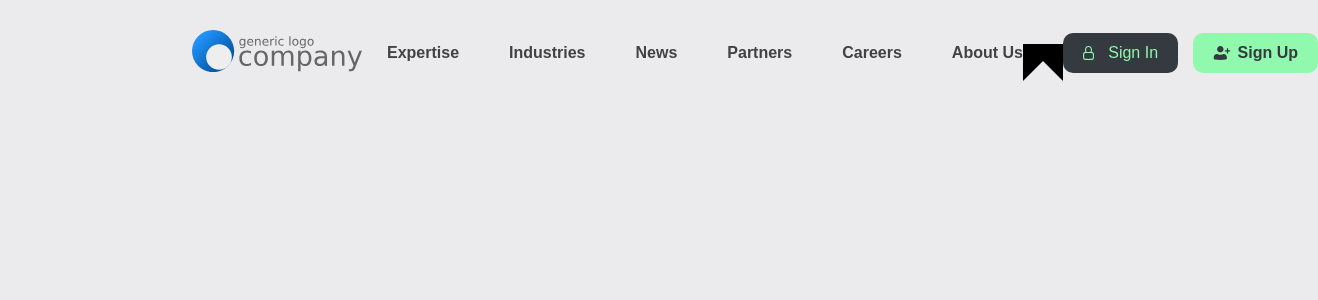
Repository: Andriy-Ma/widgetTask
Page: /
An editor plug-in stored every save of this project. The page is shown before and after the next save, followed by the edit.
The browser window is 1280 px wide. The page is 1318 px wide, then 1280 px, so the pictures cover 1318 px, including what lies to the right of the window. The pictures show the whole page.
Some web fonts or font styles are not loaded; a fallback is used. The project was rebuilt for these pictures with package versions that can differ from the ones it lists, and the page was loaded fresh each time.

Above is the page before, as saved 2022-08-29 17:42:42.

### public/index.html
<!DOCTYPE html>
<html lang="en">
  <head>
    <meta charset="utf-8" />
    <link rel="icon" href="%PUBLIC_URL%/favicon.ico" />
    <link rel="stylesheet" href="https://use.typekit.net/clw7fgu.css">
    <meta name="viewport" content="width=device-width, initial-scale=1" />
    <meta name="theme-color" content="#000000" />
    <meta
      name="description"
      content="Web site created using create-react-app"
    />
    <link rel="apple-touch-icon" href="%PUBLIC_URL%/logo192.png" />
    <!--
      manifest.json provides metadata used when your web app is installed on a
      user's mobile device or desktop. See https://developers.google.com/web/fundamentals/web-app-manifest/
    -->
    <link rel="manifest" href="%PUBLIC_URL%/manifest.json" />
    <!--
      Notice the use of %PUBLIC_URL% in the tags above.
      It will be replaced with the URL of the `public` folder during the build.
      Only files inside the `public` folder can be referenced from the HTML.

      Unlike "/favicon.ico" or "favicon.ico", "%PUBLIC_URL%/favicon.ico" will
      work correctly both with client-side routing and a non-root public URL.
      Learn how to configure a non-root public URL by running `npm run build`.
    -->
    <title>React App</title>
  </head>
  <body>
    <noscript>You need to enable JavaScript to run this app.</noscript>
    <div id="root"></div>
    <!--
      This HTML file is a template.
      If you open it directly in the browser, you will see an empty page.

      You can add webfonts, meta tags, or analytics to this file.
      The build step will place the bundled scripts into the <body> tag.

      To begin the development, run `npm start` or `yarn start`.
      To create a production bundle, use `npm run build` or `yarn build`.
    -->
  </body>
</html>

### src/index.css
* {
  box-sizing: border-box;
  margin: 0;
  padding: 0;
}
body {
  font-family: 'Poppins', sans-serif;
  background-color: #ebebed;
  -webkit-font-smoothing: antialiased;
  -moz-osx-font-smoothing: grayscale;
}

### src/App.js
import React from 'react';
import styles from './App.module.css';
import Header from './components/Header/header';

function App() {
  return (
    <div className={styles.container}>
      <Header/>
    </div>
  );
}

export default App;

### src/App.module.css
.container {
    display: block;
    align-items: center;
    justify-content: center;
    padding-left: 15%;
    padding-right: 15%;
}

### src/components/Header/header.jsx
import React from 'react';
import Icon from './logo-generic';
import {ReactComponent as Lock} from './lock.svg';
import {ReactComponent as SignUp} from './signup.svg';
import styles from './header.module.css';

function Header() {
  return (
    <div className={styles.header}>
        <div className={styles.logo}>
          <a href="#home">
            <Icon/>
          </a>
        </div>
        <div className={styles.middleOfHeader}>
          <a href="#expertise">Expertise</a>
          <a href="#industries">Industries</a>
          <a href="#news">News</a>
          <a href="#partners">Partners</a>
          <a href="#careers">Careers</a>
          <a href="#aboutus" className={styles.aboutUs}>About Us</a>
        </div>
        <div className={styles.buttonsHeader}>
          <div className={styles.signin}>
            <Lock/>
            <p>Sign In</p>
          </div>
          <div className={styles.signup}>
            <SignUp/>
            <p>Sign Up</p>
          </div>
        </div>
    </div>
  )
}

export default Header;

### src/components/Header/logo-generic.jsx
import React from "react";

function Icon() {
  return (
    <svg
      xmlns="http://www.w3.org/2000/svg"
      version="1.1"
      viewBox="0 0 1425.8 353.74"
    >
      <defs>
        <linearGradient
          id="linearGradient5311"
          x1="-467.57"
          x2="-469.87"
          y1="-68.973"
          y2="488.43"
          gradientUnits="userSpaceOnUse"
        >
          <stop offset="0" stopColor="#2294fe"></stop>
          <stop offset="1" stopColor="#014f96"></stop>
        </linearGradient>
      </defs>
      <g transform="translate(364.43 8.482)">
        <g>
          <g fill="#666" transform="translate(-14.426 -21.336)">
            <path d="M145.49 192.37v19.095c-5.773-3.182-11.583-5.55-17.43-7.105a64.331 64.331 0 00-17.541-2.443c-13.248 0-23.536 4.22-30.863 12.657-7.327 8.363-10.991 20.13-10.991 35.304 0 15.172 3.663 26.977 10.991 35.415 7.327 8.363 17.615 12.545 30.863 12.545 5.92 0 11.768-.778 17.541-2.332 5.847-1.628 11.657-4.033 17.43-7.216v18.873a83.693 83.693 0 01-17.763 5.995c-6.07 1.332-12.545 1.998-19.428 1.998-18.725 0-33.601-5.884-44.629-17.652s-16.542-27.643-16.542-47.627c0-20.279 5.55-36.229 16.653-47.849 11.176-11.62 26.459-17.43 45.85-17.43 6.29 0 12.434.666 18.429 1.999a81.647 81.647 0 0117.43 5.772"></path>
            <path d="M228.98 201.92c-10.954 0-19.613 4.293-25.978 12.878-6.365 8.511-9.548 20.205-9.548 35.082 0 14.876 3.146 26.607 9.437 35.193 6.365 8.511 15.061 12.767 26.089 12.767 10.88 0 19.502-4.293 25.867-12.878 6.365-8.585 9.547-20.279 9.547-35.082 0-14.728-3.182-26.385-9.547-34.971-6.365-8.66-14.987-12.989-25.867-12.989m0-17.319c17.763 0 31.714 5.773 41.854 17.319s15.209 27.532 15.209 47.96c0 20.353-5.07 36.34-15.209 47.96-10.14 11.546-24.091 17.319-41.854 17.319-17.837 0-31.825-5.773-41.965-17.319-10.066-11.62-15.098-27.606-15.098-47.96 0-20.427 5.033-36.414 15.098-47.96 10.14-11.546 24.128-17.319 41.965-17.319"></path>
            <path d="M416.6 211.46c5.107-9.177 11.213-15.949 18.318-20.316 7.105-4.367 15.468-6.55 25.09-6.55 12.952 0 22.943 4.552 29.975 13.655 7.03 9.03 10.546 21.908 10.547 38.634v75.048h-20.538v-74.382c0-11.916-2.11-20.76-6.328-26.533-4.219-5.773-10.658-8.66-19.317-8.66-10.584 0-18.947 3.516-25.09 10.548-6.143 7.03-9.215 16.616-9.214 28.754v70.274h-20.538V237.55c0-11.99-2.11-20.834-6.328-26.533-4.22-5.773-10.732-8.66-19.54-8.66-10.435 0-18.724 3.553-24.867 10.658-6.143 7.031-9.215 16.58-9.215 28.643v70.274h-20.538v-124.34h20.538v19.317c4.663-7.623 10.251-13.248 16.764-16.875 6.513-3.626 14.247-5.44 23.203-5.44 9.03 0 16.69 2.295 22.981 6.883 6.365 4.59 11.065 11.25 14.099 19.983"></path>
            <path d="M560.7 293.28v65.945h-20.538v-171.63H560.7v18.873c4.293-7.401 9.695-12.878 16.209-16.431 6.587-3.627 14.432-5.44 23.536-5.44 15.098 0 27.347 5.995 36.747 17.985 9.473 11.99 14.21 27.755 14.21 47.294 0 19.54-4.737 35.304-14.21 47.294-9.4 11.99-21.649 17.985-36.747 17.985-9.104 0-16.949-1.776-23.536-5.329-6.513-3.626-11.916-9.14-16.209-16.542m69.497-43.408c0-15.024-3.109-26.792-9.326-35.304-6.143-8.585-14.617-12.878-25.423-12.878-10.806 0-19.317 4.293-25.534 12.878-6.143 8.512-9.214 20.28-9.214 35.304 0 15.024 3.071 26.83 9.214 35.415 6.217 8.512 14.728 12.767 25.534 12.767s19.28-4.255 25.423-12.767c6.217-8.585 9.326-20.39 9.326-35.415"></path>
            <path d="M741.77 249.43c-16.505 0-27.94 1.887-34.304 5.662-6.365 3.775-9.548 10.214-9.547 19.317 0 7.253 2.368 13.026 7.105 17.319 4.81 4.219 11.324 6.328 19.539 6.328 11.324 0 20.39-3.997 27.199-11.99 6.883-8.067 10.325-18.762 10.325-32.084v-4.552H741.77m40.744-8.437v70.94h-20.427V293.06c-4.663 7.549-10.473 13.137-17.43 16.764-6.958 3.552-15.47 5.329-25.534 5.329-12.73 0-22.87-3.553-30.42-10.658-7.475-7.18-11.212-16.764-11.212-28.754 0-13.988 4.662-24.535 13.988-31.64 9.4-7.106 23.388-10.658 41.965-10.658h28.643v-1.999c0-9.4-3.109-16.653-9.326-21.759-6.143-5.18-14.802-7.77-25.978-7.77-7.105 0-14.025.85-20.76 2.552-6.735 1.703-13.21 4.256-19.428 7.66v-18.872c7.475-2.887 14.728-5.033 21.76-6.44 7.03-1.48 13.876-2.22 20.537-2.22 17.985 0 31.418 4.663 40.3 13.988 8.88 9.326 13.321 23.462 13.321 42.41"></path>
            <path d="M928.5 236.89v75.048h-20.427v-74.382c0-11.768-2.295-20.575-6.883-26.422-4.589-5.847-11.472-8.77-20.65-8.77-11.027 0-19.723 3.515-26.088 10.547-6.365 7.03-9.548 16.616-9.548 28.754v70.274h-20.538v-124.34h20.538v19.317c4.885-7.476 10.621-13.063 17.208-16.764 6.661-3.7 14.321-5.551 22.981-5.551 14.284 0 25.09 4.44 32.417 13.322 7.327 8.807 10.991 21.797 10.991 38.967"></path>
            <path d="M1021.2 323.48c-5.773 14.802-11.398 24.461-16.875 28.976-5.477 4.515-12.804 6.772-21.981 6.772h-16.32v-17.097h11.99c5.625 0 9.992-1.332 13.1-3.996s6.55-8.956 10.325-18.873l3.664-9.326-50.291-122.34h21.648l38.856 97.252 38.856-97.252h21.648l-54.621 135.89"></path>
          </g>
          <g fill="#666" transform="translate(-416.34 -21.336)">
            <path d="M489.95 115.06c0-6.675-1.385-11.848-4.155-15.519-2.737-3.671-6.592-5.507-11.564-5.507-4.94 0-8.794 1.836-11.564 5.507-2.737 3.671-4.105 8.844-4.105 15.519 0 6.642 1.368 11.798 4.105 15.469 2.77 3.671 6.625 5.507 11.564 5.507 4.973 0 8.827-1.836 11.564-5.507 2.77-3.671 4.155-8.828 4.155-15.469m9.211 21.727c0 9.545-2.119 16.637-6.357 21.276-4.24 4.672-10.73 7.009-19.474 7.009-3.238 0-6.292-.25-9.162-.751a44.69 44.69 0 01-8.36-2.203v-8.961c2.703 1.468 5.373 2.553 8.01 3.254 2.636.7 5.323 1.051 8.06 1.051 6.04 0 10.563-1.585 13.567-4.756 3.004-3.137 4.505-7.893 4.505-14.268v-4.555c-1.902 3.304-4.338 5.774-7.309 7.409-2.97 1.635-6.524 2.453-10.663 2.453-6.875 0-12.415-2.62-16.62-7.86-4.206-5.24-6.308-12.182-6.308-20.826 0-8.677 2.102-15.636 6.307-20.876 4.206-5.24 9.746-7.86 16.621-7.86 4.139 0 7.693.818 10.663 2.454 2.97 1.635 5.407 4.105 7.31 7.409v-8.51h9.21v49.11"></path>
            <path d="M566.09 113.41v4.506h-42.352c.4 6.34 2.303 11.18 5.707 14.518 3.438 3.304 8.21 4.956 14.318 4.956 3.538 0 6.959-.434 10.263-1.302 3.337-.868 6.642-2.17 9.912-3.905v8.711a55.24 55.24 0 01-10.163 3.204 50.9 50.9 0 01-10.563 1.102c-8.944 0-16.037-2.604-21.276-7.81-5.206-5.207-7.81-12.248-7.81-21.126 0-9.178 2.47-16.454 7.41-21.827 4.973-5.407 11.664-8.11 20.075-8.11 7.542 0 13.5 2.436 17.872 7.309 4.405 4.84 6.608 11.43 6.608 19.774m-9.211-2.703c-.067-5.04-1.486-9.062-4.256-12.065-2.736-3.004-6.374-4.506-10.914-4.506-5.14 0-9.261 1.452-12.365 4.355-3.07 2.904-4.839 6.992-5.306 12.265l32.84-.05"></path>
            <path d="M627.62 109.9v33.842h-9.211v-33.541c0-5.306-1.035-9.278-3.104-11.915-2.07-2.636-5.173-3.955-9.312-3.955-4.973 0-8.894 1.585-11.765 4.756-2.87 3.17-4.305 7.493-4.305 12.966v31.689h-9.261V87.673h9.261v8.71c2.203-3.37 4.79-5.89 7.76-7.558 3.003-1.67 6.458-2.503 10.363-2.504 6.44 0 11.314 2.003 14.618 6.008 3.304 3.971 4.956 9.829 4.956 17.572"></path>
            <path d="M694.05 113.41v4.506h-42.352c.4 6.34 2.303 11.18 5.707 14.518 3.438 3.304 8.21 4.956 14.318 4.956 3.538 0 6.959-.434 10.263-1.302 3.337-.868 6.642-2.17 9.912-3.905v8.711a55.24 55.24 0 01-10.163 3.204 50.9 50.9 0 01-10.563 1.102c-8.944 0-16.037-2.604-21.276-7.81-5.206-5.207-7.81-12.248-7.81-21.126 0-9.178 2.47-16.454 7.41-21.827 4.973-5.407 11.664-8.11 20.075-8.11 7.543 0 13.5 2.436 17.872 7.309 4.405 4.84 6.608 11.43 6.608 19.774m-9.211-2.703c-.067-5.04-1.486-9.062-4.256-12.065-2.736-3.004-6.374-4.506-10.913-4.506-5.14 0-9.261 1.452-12.365 4.355-3.07 2.904-4.839 6.992-5.306 12.265l32.84-.05"></path>
            <path d="M741.46 96.286a11.624 11.624 0 00-3.404-1.302c-1.202-.3-2.537-.45-4.005-.45-5.207 0-9.212 1.702-12.015 5.106-2.77 3.371-4.155 8.227-4.155 14.568v29.537h-9.262V87.676h9.262v8.71c1.935-3.403 4.455-5.923 7.56-7.558 3.103-1.67 6.874-2.503 11.313-2.503.634 0 1.335.05 2.103.15.767.067 1.618.183 2.553.35l.05 9.462"></path>
            <path d="M751.22 87.676h9.211v56.069h-9.211V87.676m0-21.827h9.211v11.664h-9.211V65.849"></path>
            <path d="M820.01 89.828v8.61c-2.603-1.434-5.223-2.502-7.86-3.203a29.012 29.012 0 00-7.91-1.102c-5.974 0-10.613 1.903-13.917 5.707-3.304 3.772-4.956 9.078-4.956 15.92 0 6.842 1.652 12.165 4.957 15.97 3.304 3.772 7.943 5.657 13.917 5.657 2.67 0 5.306-.35 7.91-1.051 2.636-.734 5.256-1.819 7.859-3.254v8.51a37.736 37.736 0 01-8.01 2.704c-2.737.6-5.657.9-8.76.9-8.445 0-15.153-2.652-20.126-7.959-4.973-5.306-7.459-12.465-7.459-21.477 0-9.144 2.503-16.337 7.51-21.577 5.039-5.24 11.93-7.86 20.675-7.86 2.837 0 5.607.3 8.31.902a36.82 36.82 0 017.86 2.603"></path>
            <path d="M868.57 65.849h9.211v77.896h-9.211V65.849"></path>
            <path d="M918.73 94.134c-4.94 0-8.844 1.936-11.714 5.807-2.87 3.838-4.305 9.111-4.305 15.82s1.418 11.998 4.255 15.87c2.87 3.838 6.792 5.757 11.765 5.757 4.906 0 8.794-1.935 11.664-5.807 2.87-3.871 4.305-9.144 4.305-15.82 0-6.641-1.435-11.898-4.305-15.769-2.87-3.905-6.758-5.857-11.664-5.857m0-7.81c8.01 0 14.301 2.604 18.873 7.81 4.572 5.206 6.858 12.415 6.859 21.627 0 9.178-2.287 16.387-6.859 21.627-4.572 5.206-10.863 7.81-18.873 7.81-8.043 0-14.351-2.604-18.923-7.81-4.539-5.24-6.808-12.45-6.808-21.627 0-9.211 2.27-16.42 6.808-21.627 4.572-5.206 10.88-7.81 18.923-7.81"></path>
            <path d="M996.58 115.06c0-6.675-1.385-11.848-4.155-15.519-2.737-3.671-6.592-5.507-11.564-5.507-4.94 0-8.794 1.836-11.564 5.507-2.737 3.671-4.105 8.844-4.105 15.519 0 6.642 1.368 11.798 4.105 15.469 2.77 3.671 6.625 5.507 11.564 5.507 4.973 0 8.828-1.836 11.564-5.507 2.77-3.671 4.155-8.828 4.155-15.469m9.211 21.727c0 9.545-2.119 16.637-6.357 21.276-4.24 4.672-10.73 7.009-19.474 7.009-3.238 0-6.292-.25-9.162-.751a44.69 44.69 0 01-8.36-2.203v-8.961c2.703 1.468 5.373 2.553 8.01 3.254 2.636.7 5.323 1.051 8.06 1.051 6.04 0 10.563-1.585 13.567-4.756 3.003-3.137 4.505-7.893 4.505-14.268v-4.555c-1.902 3.304-4.338 5.774-7.309 7.409-2.97 1.635-6.524 2.453-10.663 2.453-6.875 0-12.415-2.62-16.62-7.86-4.206-5.24-6.308-12.182-6.308-20.826 0-8.677 2.102-15.636 6.307-20.876 4.206-5.24 9.746-7.86 16.621-7.86 4.139 0 7.693.818 10.663 2.454 2.97 1.635 5.407 4.105 7.31 7.409v-8.51h9.21v49.11"></path>
            <path d="M1046.5 94.134c-4.94 0-8.844 1.936-11.714 5.807-2.87 3.838-4.305 9.111-4.305 15.82s1.418 11.998 4.255 15.87c2.87 3.838 6.792 5.757 11.765 5.757 4.906 0 8.794-1.935 11.664-5.807 2.87-3.871 4.305-9.144 4.305-15.82 0-6.641-1.435-11.898-4.305-15.769-2.87-3.905-6.758-5.857-11.664-5.857m0-7.81c8.01 0 14.3 2.604 18.873 7.81 4.572 5.206 6.858 12.415 6.858 21.627 0 9.178-2.286 16.387-6.858 21.627-4.572 5.206-10.864 7.81-18.873 7.81-8.043 0-14.351-2.604-18.924-7.81-4.539-5.24-6.808-12.45-6.808-21.627 0-9.211 2.269-16.42 6.808-21.627 4.572-5.206 10.88-7.81 18.924-7.81"></path>
          </g>
          <g transform="rotate(-45 269.773 885.347) scale(.61927)">
            <path
              fill="url(#linearGradient5311)"
              d="M-184.26 202.82c0 157.74-127.87 285.61-285.61 285.61s-285.61-127.87-285.61-285.61S-627.61-82.79-469.87-82.79s285.61 127.87 285.61 285.61z"
              transform="translate(1202 -114.01)"
            ></path>
            <path
              fill="#eee"
              d="M-184.26 202.82c0 157.74-127.87 285.61-285.61 285.61s-285.61-127.87-285.61-285.61S-627.61-82.79-469.87-82.79s285.61 127.87 285.61 285.61z"
              transform="translate(1018.2 79.03) scale(.60887)"
            ></path>
          </g>
        </g>
      </g>
    </svg>
  );
}

export default Icon;

### src/components/Header/header.module.css
.logo {
    display: block;
    min-width: 170px;
}
.header {
    display: flex;
    justify-content: space-between;
    align-items: center;
    padding-top: 30px;
    min-width: 1000px;
}
.middleOfHeader {
    display: flex;
    justify-content: space-between;
    align-items: center;
    text-decoration: none;
}
.middleOfHeader a {
    display: block;
    color: #424242;
    text-align: center;
    padding: 0px 25px;
    text-decoration: none;
    font-size: 16px;
    font-weight: 600;
}
.aboutUs::after{
    content: '';
    border-left: 20px solid #000;
    border-right: 20px solid #000;
    border-bottom: 20px solid transparent;
}
.buttonsHeader {
    display: flex;
    justify-content: space-between;
    align-items: center;
}
.buttonsHeader:hover {
    cursor: pointer;
}
.signin {
    display: flex;
    justify-content: space-between;
    align-items: center;
    color: #90F9AD;
    background-color: #343A40;
    font-weight: 500;
    padding: 0px 20px;
    border-radius: 10px;
    width: 115px;
    height: 40px;
    margin-right: 15px;
}
.signup {
    display: flex;
    justify-content: space-between;
    align-items: center;
    color: #343A40;
    background-color: #90F9AD;
    font-weight: 600;
    padding: 0px 20px;
    border-radius: 10px;
    width: 125px;
    height: 40px;
}

Loaded but not shown: src/index.js (common file)

After the next save:
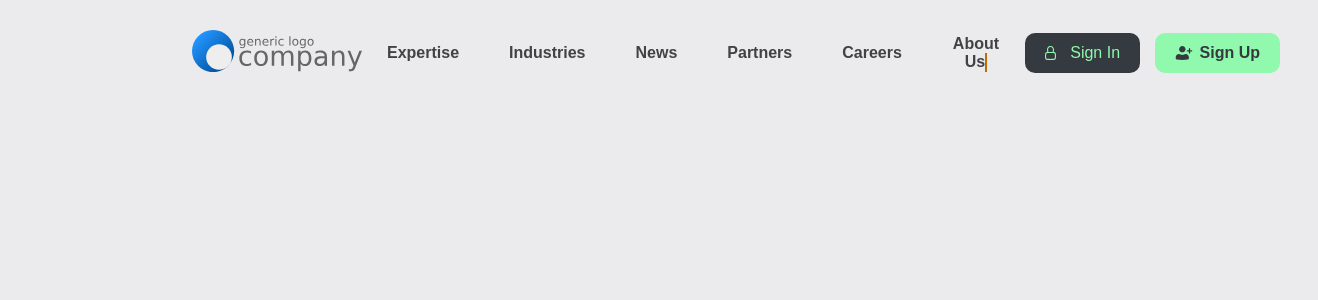
Saved 56 s later.
--- a/src/components/Header/header.module.css
+++ b/src/components/Header/header.module.css
@@ -26,9 +26,9 @@
 }
 .aboutUs::after{
     content: '';
-    border-left: 20px solid #000;
-    border-right: 20px solid #000;
-    border-bottom: 20px solid transparent;
+    border-color: #c16b00;
+    border-style: solid;
+    border-width: 0 0 2px 2px;
 }
 .buttonsHeader {
     display: flex;
